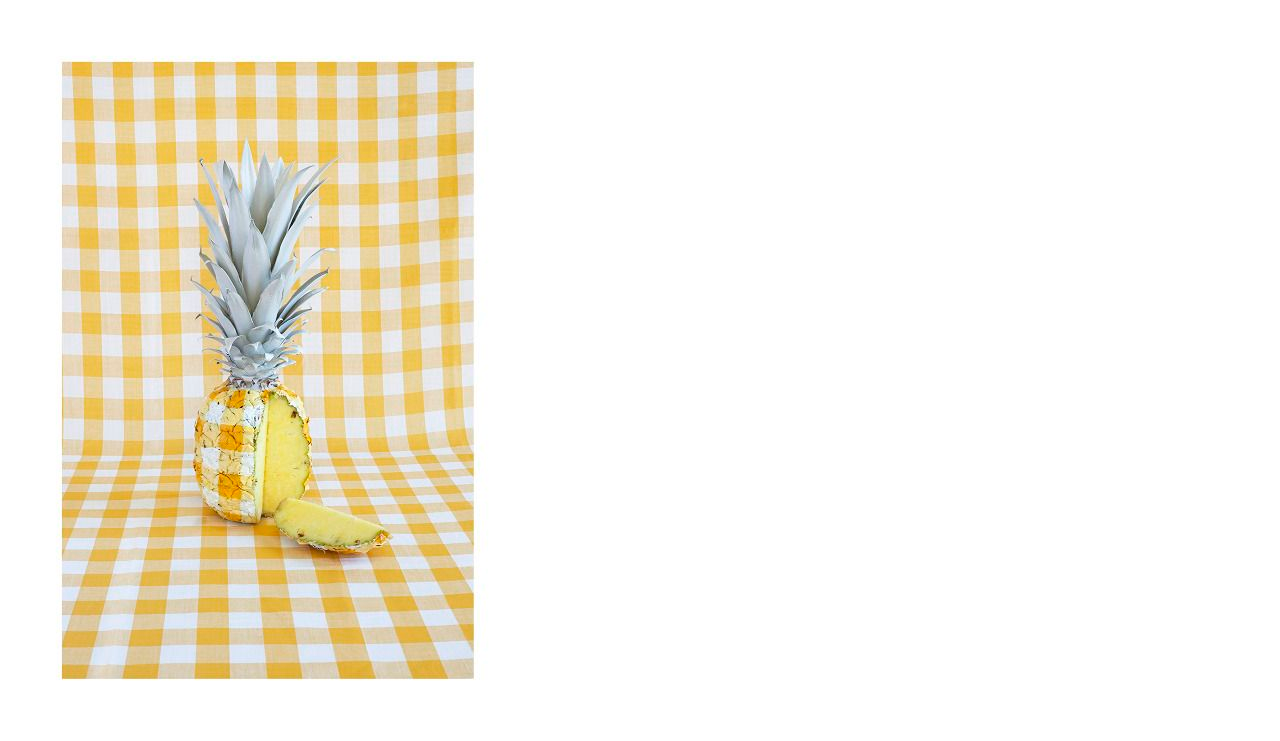
Repository: Freshield/GAEJSP
Page: http://localhost/Chp10.1/Header.jsp
The author's editor kept a copy of each file at every save. The page is drawn from the files as they stood at one save, then again after the next save.
The browser window is 1280 px wide. The pictures show the whole page.
The page is served by Tomcat 9. Other server files are loaded and not shown.

Above is the page before, as saved 2016-04-01 20:26:54.

### real-headfirst/Chp10.1/WebContent/Header.jsp

	<img alt="services_img" src="images/Web-Services.jpg">

### real-headfirst/Chp10.1/WebContent/WEB-INF/tags/Header.tag
<img alt="services_img" src="images/Web-Services.jpg"><br>

After the next save:
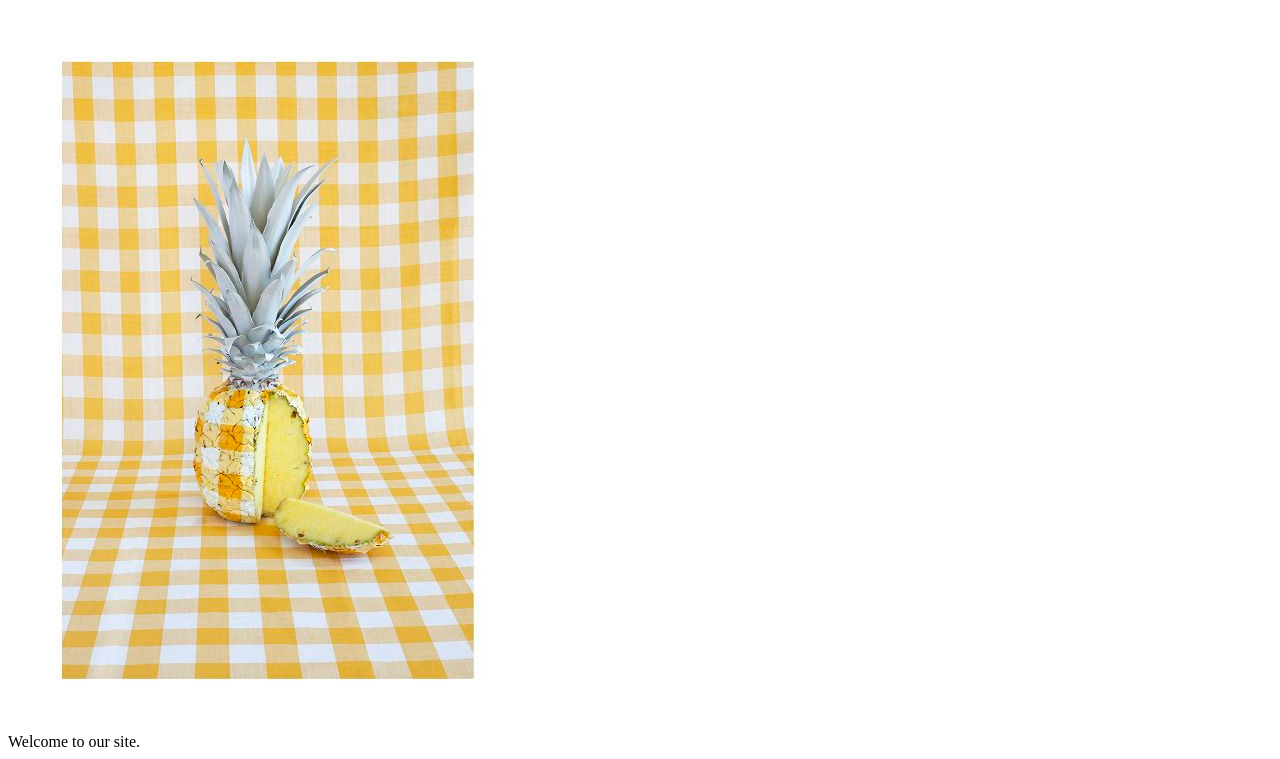
Saved 99 s later.
--- a/real-headfirst/Chp10.1/WebContent/Header.jsp
+++ b/real-headfirst/Chp10.1/WebContent/Header.jsp
@@ -1,2 +1,15 @@
+<%@ page language="java" contentType="text/html; charset=ISO-8859-1"
+    pageEncoding="ISO-8859-1"%>
+<%@ taglib prefix="myTags" tagdir="/WEB-INF/tags" %>
+<!DOCTYPE html PUBLIC "-//W3C//DTD HTML 4.01 Transitional//EN" "http://www.w3.org/TR/html4/loose.dtd">
+<html>
+<head>
+<meta http-equiv="Content-Type" content="text/html; charset=ISO-8859-1">
+<title>Insert title here</title>
+</head>
+<body>
+	<myTags:Header></myTags:Header>
+	Welcome to our site.
 
-	<img alt="services_img" src="images/Web-Services.jpg">
+</body>
+</html>
